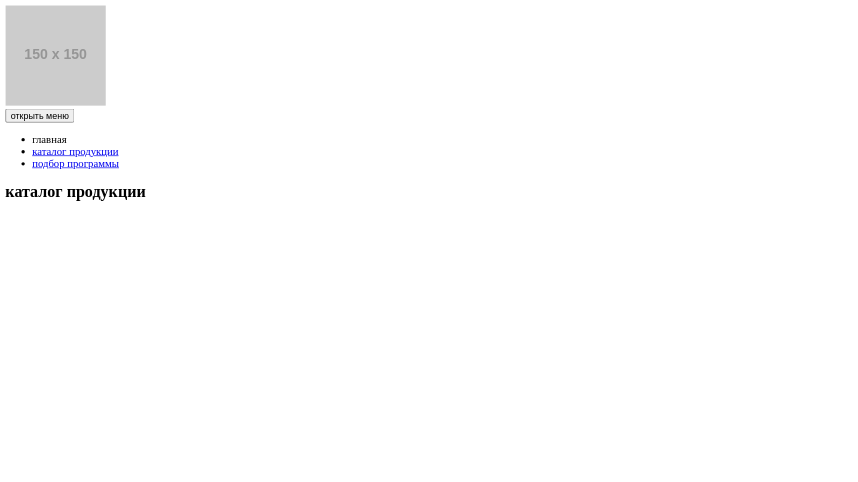
Repository: svetlana2885/1411135-cat-energy-20
Page: source/catalog.html
These files come from the project's save history. The page is drawn as it stood at one moment and after the next save; the edit follows.
The browser window is 1280 px wide. The pictures show the whole page, at 67% of full size.

Above is the page before, as saved 2020-07-19 19:34:31.

### source/catalog.html
<!DOCTYPE html>
<html class="page" lang="ru">
  <head>
    <meta charset="UTF-8" />
    <title>каталог</title>
  </head>
  <body class="page__body">
    <header class="page-header">
      <a class="page-header__logo">
        <img src="src=https://via.placeholder.com/150x150" />
      </a>
      <nav class="main-nav">
        <button class="main-nav__toggle" type="button">
          <span class="visually-hidden"> открыть меню </span>
        </button>
        <div class="main-nav__wrapper">
          <ul class="main-nav__list site-list">
            <li class="site-list__item site-list__item--active">
              главная
            </li>
            <li class="site-list__item">
              <a href="catalog.html">
                каталог продукции
              </a>
            </li>
            <li class="site-list__item">
              <a href="form.html">
                подбор программы
              </a>
            </li>
          </ul>
        </div>
      </nav>
    </header>
    <section class="catalog">
      <h2 class="catalog__subtitle">каталог продукции</h2>
      <ul class="catalog-list"></ul>
    </section>
  </body>
</html>

After the next save:
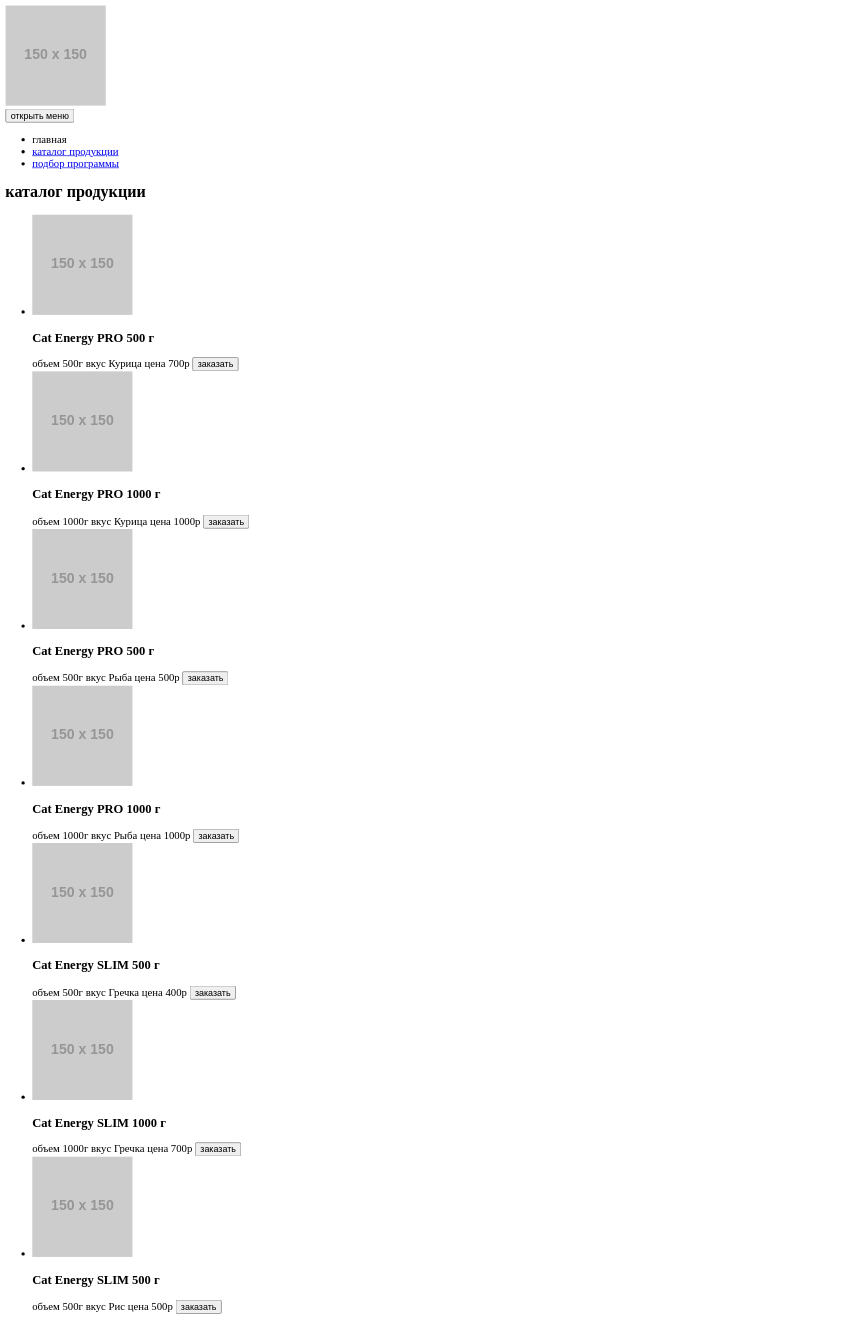
Saved 83 min 12 s later.
--- a/source/catalog.html
+++ b/source/catalog.html
@@ -7,7 +7,7 @@
   <body class="page__body">
     <header class="page-header">
       <a class="page-header__logo">
-        <img src="src=https://via.placeholder.com/150x150" />
+        <img src="src=https://via.placeholder.com/150x150" alt="логотип" />
       </a>
       <nav class="main-nav">
         <button class="main-nav__toggle" type="button">
@@ -32,9 +32,94 @@
         </div>
       </nav>
     </header>
-    <section class="catalog">
+    <section class="catalog-product">
       <h2 class="catalog__subtitle">каталог продукции</h2>
-      <ul class="catalog-list"></ul>
+      <ul class="catalog-product__list">
+        <li class="catalog-product__item">
+          <img
+            class="catalog-product__img"
+            src="src=https://via.placeholder.com/150x150"
+            alt="корм"
+          />
+          <h3 class="catalog-product__title">Cat Energy PRO 500 г</h3>
+          <span class="catalog-product__description">объем 500г</span>
+          <span class="catalog-product__description">вкус Курица</span>
+          <span class="catalog-product__description">цена 700р</span>
+          <button class="green-button" type="button">заказать</button>
+        </li>
+        <li class="catalog-product__item">
+          <img
+            class="catalog-product__img"
+            src="src=https://via.placeholder.com/150x150"
+            alt="корм"
+          />
+          <h3 class="catalog-product__title">Cat Energy PRO 1000 г</h3>
+          <span class="catalog-product__description">объем 1000г</span>
+          <span class="catalog-product__description">вкус Курица</span>
+          <span class="catalog-product__description">цена 1000р</span>
+          <button class="green-button" type="button">заказать</button>
+        </li>
+        <li class="catalog-product__item">
+          <img
+            class="catalog-product__img"
+            src="src=https://via.placeholder.com/150x150"
+            alt="корм"
+          />
+          <h3 class="catalog-product__title">Cat Energy PRO 500 г</h3>
+          <span class="catalog-product__description">объем 500г</span>
+          <span class="catalog-product__description">вкус Рыба</span>
+          <span class="catalog-product__description">цена 500р</span>
+          <button class="green-button" type="button">заказать</button>
+        </li>
+        <li class="catalog-product__item">
+          <img
+            class="catalog-product__img"
+            src="src=https://via.placeholder.com/150x150"
+            alt="корм"
+          />
+          <h3 class="catalog-product__title">Cat Energy PRO 1000 г</h3>
+          <span class="catalog-product__description">объем 1000г</span>
+          <span class="catalog-product__description">вкус Рыба</span>
+          <span class="catalog-product__description">цена 1000р</span>
+          <button class="green-button" type="button">заказать</button>
+        </li>
+        <li class="catalog-product__item">
+          <img
+            class="catalog-product__img"
+            src="src=https://via.placeholder.com/150x150"
+            alt="корм"
+          />
+          <h3 class="catalog-product__title">Cat Energy SLIM 500 г</h3>
+          <span class="catalog-product__description">объем 500г</span>
+          <span class="catalog-product__description">вкус Гречка</span>
+          <span class="catalog-product__description">цена 400р</span>
+          <button class="green-button" type="button">заказать</button>
+        </li>
+        <li class="catalog-product__item">
+          <img
+            class="catalog-product__img"
+            src="src=https://via.placeholder.com/150x150"
+            alt="корм"
+          />
+          <h3 class="catalog-product__title">Cat Energy SLIM 1000 г</h3>
+          <span class="catalog-product__description">объем 1000г</span>
+          <span class="catalog-product__description">вкус Гречка</span>
+          <span class="catalog-product__description">цена 700р</span>
+          <button class="green-button" type="button">заказать</button>
+        </li>
+        <li class="catalog-product__item">
+          <img
+            class="catalog-product__img"
+            src="src=https://via.placeholder.com/150x150"
+            alt="корм"
+          />
+          <h3 class="catalog-product__title">Cat Energy SLIM 500 г</h3>
+          <span class="catalog-product__description">объем 500г</span>
+          <span class="catalog-product__description">вкус Рис</span>
+          <span class="catalog-product__description">цена 500р</span>
+          <button class="green-button" type="button">заказать</button>
+        </li>
+      </ul>
     </section>
   </body>
 </html>
